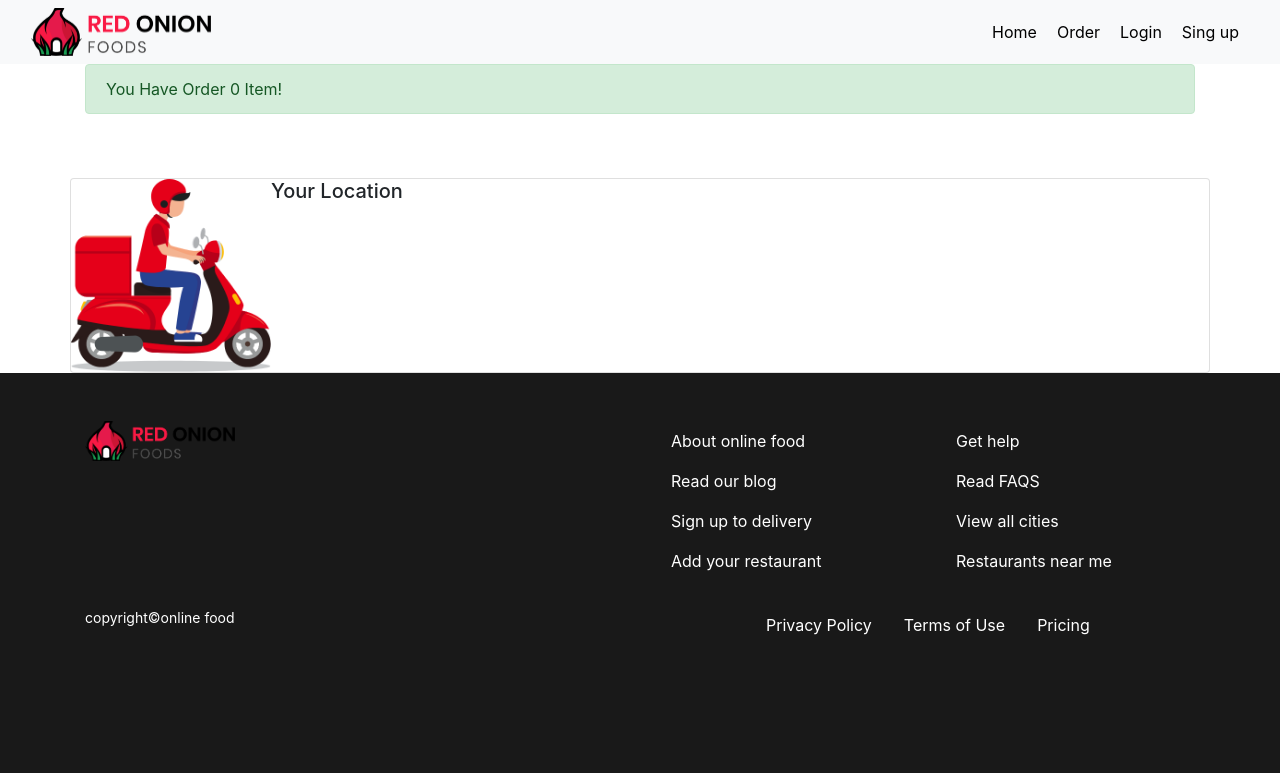
Repository: arif286/red-onion-client
Page: /order
These files come from the project's save history. The page is drawn as it stood at one moment and after the next save; the edit follows.
The browser window is 1280 px wide. The pictures show the whole page.
The page's requests for data from a server got no answer. The project was rebuilt for these pictures with package versions that can differ from the ones it lists, and the page was loaded fresh each time. No one was signed in, and anything a server would have sent is missing. Also part of the build but not shown: src/App.css, src/components/CheckOut/CheckOut.css, src/components/CheckOut/CheckOutForm/CheckOutFrom.js, src/components/CheckOut/CheckOut.js, src/components/SearchBar/SearchBar.css, src/components/SearchBar/SearchBar.js, src/components/FoodDetails/FoodDetail.css, src/components/FoodDetails/FoodDetail.js and 12 more. Imported but missing from the stored project, and not drawn on this page: src/components/CheckOut/Map/Map.

Above is the page before, as saved 2021-04-06 04:34:10.

After the next save:
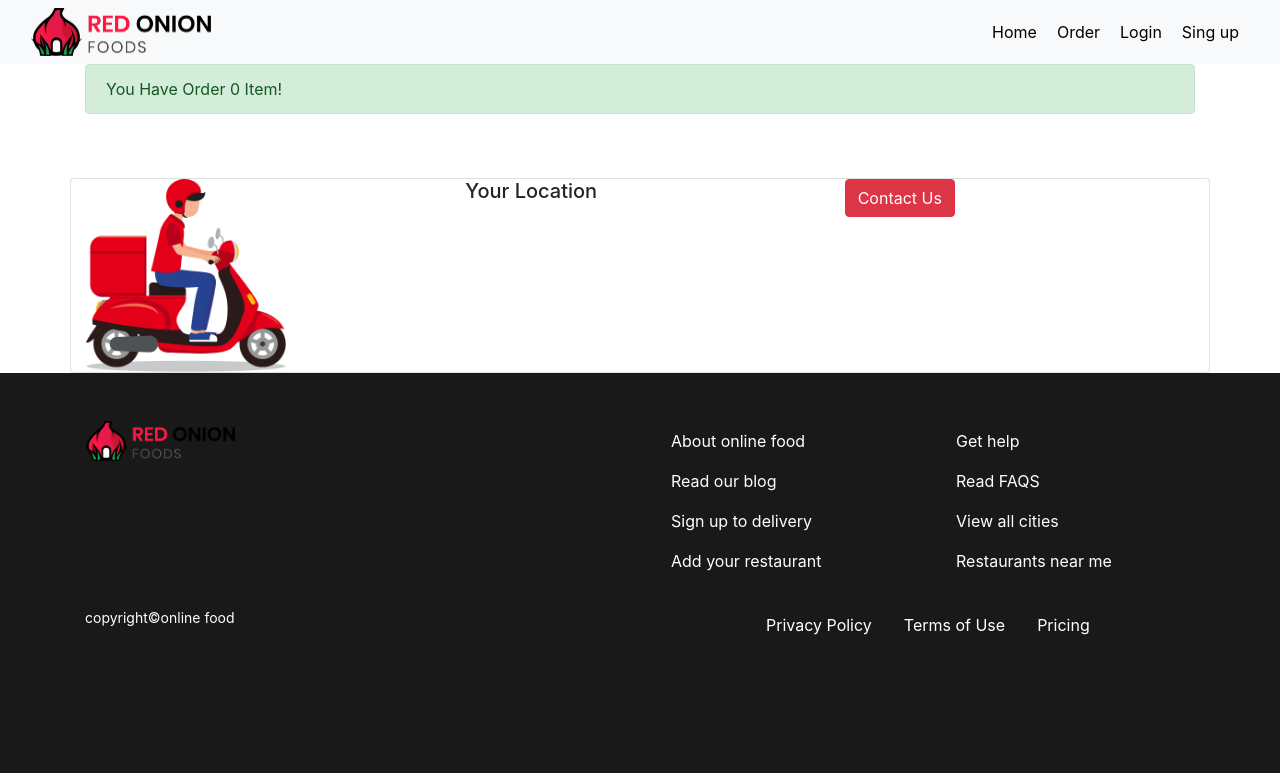
Saved 108 s later.
--- a/src/components/Order/Order.js
+++ b/src/components/Order/Order.js
@@ -38,13 +38,18 @@ const Order = () => {
       <Row className="mt-5">
         <Col>
           <Card className="row flex-row">
-            <div>
+            <div className='col'>
               <img style={{width:'200px'}} src={delivery} alt="" />
             </div>
-            <div>
+            <div className='col'>
               <h5>Your Location</h5>
               <p>{order[0]?.address}</p>
               <p>{order[0]?.date}</p>
+            </div>
+            <div className='col'>
+              <button className='btn btn-danger'>
+                Contact Us
+              </button>
             </div>
           </Card>
         </Col>
